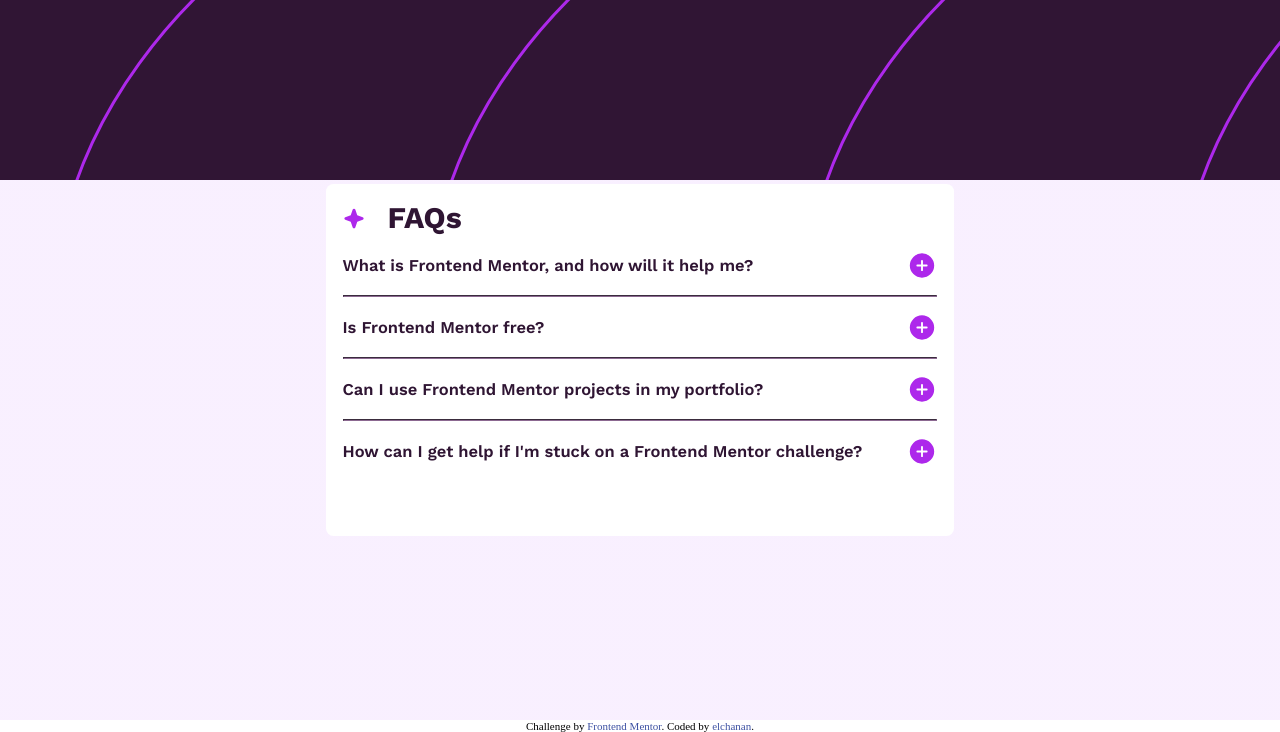
Repository: elchananChen/frontend-mentor-projects
Page: 2024/10/faQs/index.html
The author's editor kept a copy of each file at every save. The page is drawn from the files as they stood at one save, then again after the next save.
The browser window is 1280 px wide. The pictures show the whole page.

Above is the page before, as saved 2024-10-15 23:23:26.

### 2024/10/faQs/index.html
<!DOCTYPE html>
<html lang="en">
  <head>
    <meta charset="UTF-8" />
    <meta name="viewport" content="width=device-width, initial-scale=1.0" />

    <link
      rel="icon"
      type="image/png"
      sizes="32x32"
      href="./assets/images/favicon-32x32.png"
    />

    <title>Frontend Mentor | FAQ accordion</title>

    <style>
      .attribution {
        font-size: 11px;
        text-align: center;
      }
      .attribution a {
        color: hsl(228, 45%, 44%);
      }
    </style>
    <link rel="stylesheet" href="./style.css" />
  </head>
  <body>
    <article>
      <div class="card">
        <header>
          <div class="header flex">
            <div class="star-wrapper">
              <img
                class="star-icon"
                src="./assets/images/icon-star.svg"
                alt="icon-star"
              />
            </div>
            <h1>FAQs</h1>
          </div>
        </header>
        <main>
          <div class="q-wrapper">
            <div class="flex q-head">
              <h3>What is Frontend Mentor, and how will it help me?</h3>
              <div class="sign-big-wrapper">
                <div class="sign-wrapper">
                  <img
                    class="sign-img"
                    src="./assets/images/icon-plus.svg"
                    alt="plus-sign"
                  />
                </div>
              </div>
            </div>
            <p class="p hidden">
              Frontend Mentor offers realistic coding challenges to help
              developers improve their frontend coding skills with projects in
              HTML, CSS, and JavaScript. It's suitable for all levels and ideal
              for portfolio building.
            </p>
          </div>
          <hr />
          <div class="q-wrapper">
            <div class="flex q-head">
              <h3>Is Frontend Mentor free?</h3>
              <div class="sign-big-wrapper">
                <div class="sign-wrapper">
                  <img
                    class="sign-img"
                    src="./assets/images/icon-plus.svg"
                    alt="plus-sign"
                  />
                </div>
              </div>
            </div>
            <p class="p hidden">
              Yes, Frontend Mentor offers both free and premium coding
              challenges, with the free option providing access to a range of
              projects suitable for all skill levels.
            </p>
          </div>
          <hr />
          <div class="q-wrapper">
            <div class="flex q-head">
              <h3>Can I use Frontend Mentor projects in my portfolio?</h3>
              <div class="sign-big-wrapper">
                <div class="sign-wrapper">
                  <img
                    class="sign-img"
                    src="./assets/images/icon-plus.svg"
                    alt="plus-sign"
                  />
                </div>
              </div>
            </div>
            <p class="p hidden">
              Yes, you can use projects completed on Frontend Mentor in your
              portfolio. It's an excellent way to showcase your skills to
              potential employers!
            </p>
          </div>
          <hr />
          <div class="q-wrapper">
            <div class="flex q-head">
              <h3>
                How can I get help if I'm stuck on a Frontend Mentor challenge?
              </h3>
              <div class="sign-big-wrapper">
                <div class="sign-wrapper">
                  <img
                    class="sign-img"
                    src="./assets/images/icon-plus.svg"
                    alt="plus-sign"
                  />
                </div>
              </div>
            </div>
            <p class="hidden">
              The best place to get help is inside Frontend Mentor's Discord
              community. There's a help channel where you can ask questions and
              seek support from other community members.
            </p>
          </div>
        </main>
      </div>
    </article>
    <div class="attribution">
      Challenge by
      <a href="https://www.frontendmentor.io?ref=challenge" target="_blank"
        >Frontend Mentor</a
      >. Coded by <a href="#">elchanan</a>.
    </div>
    <script src="main.js"></script>
  </body>
</html>

### 2024/10/faQs/style.css
@import url("./css/reset.css");
@import url("./css/varieble.css");
@import url("./css/fonts.css");
@import url("./css/utilities.css");

h1 {
  font-family: "work-sans";
  font-weight: 700;
  font-size: 2rem;
}
h3 {
  font-family: "work-sans";
  font-weight: 600;
}
p {
  padding-block: 1rem;
  font-family: "work-sans";
  color: var(--color-Grayish-purple);
}
article {
  display: flex;
  justify-content: center;
  min-height: 100vh;
  width: 100%;
  padding: 1rem;
  padding-block: 12.25rem;
  background: linear-gradient(180deg, transparent 25%, hsl(275, 100%, 97%) 25%),
    url("./assets/images/background-pattern-mobile.svg");
}

.card {
  background-color: var(--color-White);
  padding: 1.1rem;
  border-radius: 0.5rem;
}
header {
  font-family: "";
  font-weight: bolder;
}
h1 {
  color: var(--color-Dark-purple);
}
h3 {
  font-size: 1.1rem;
  color: var(--color-Dark-purple);
}
.q-head {
  gap: 2rem;
  padding-block: 0.5rem;
  align-items: center;
  justify-content: space-between;
}
.header {
  align-items: center;
  gap: 1.5rem;
}
.star-wrapper {
  width: 1.5rem;
  height: 1.5rem;
}
.sign-wrapper {
  display: flex;
  align-items: center;
  justify-content: end;
  width: 3rem;
  height: 3rem;
  flex-basis: 2rem;
  flex-shrink: 0;
}
.sign-wrapper:hover {
  cursor: pointer;
}
.sign-img {
  flex-basis: 2rem;
  width: 2rem;
  height: 2rem;
  object-fit: cover;
}
hr {
  border-color: var(--color-Grayish-purple);
}

### 2024/10/faQs/main.js
const minusSignsEL = document.querySelectorAll(".minus-container");
const signBtnsEl = document.querySelectorAll(".sign-big-wrapper");

signBtnsEl.forEach((sign) => {
  sign.addEventListener("click", (ev) => {
    let current = "";
    const alt = ev.target.alt;
    const wrapperEL = ev.target.closest(".q-wrapper");
    const pEL = wrapperEL.querySelector("p");
    if (alt === "plus-sign") {
      current = "minus";
      ev.target.alt = "minus-sign";
      pEL.classList.remove("hidden");
    } else if (alt === "minus-sign") {
      current = "plus";
      ev.target.alt = "plus-sign";
      pEL.classList.add("hidden");
    } else console.error("Error: sign path missing");
    ev.target.src = `./assets/images/icon-${current}.svg`;
  });
});

### 2024/10/faQs/css/reset.css
* {
  box-sizing: border-box;
  margin: 0;
  padding: 0;
}
html {
  font-family: "overpass-Regular";
}
html,
body {
  min-height: 100vh;
  width: 100%;
  font-size: 15px;
}

img {
  font-family: "work-sans-italic";

  display: block;
  max-width: 100%;
}
h1,
h2,
h3,
h4,
h5,
h6 {
  font-size: 1rem;
  font-weight: normal;
}
button {
  border: 0px;
}

ul,
ol {
  padding-left: 0.5rem;
}
a {
  text-decoration: none;
  color: inherit;
}

### 2024/10/faQs/css/varieble.css
:root {
  --color-White: hsl(0, 0%, 100%);
  --color-Light-pink: hsl(275, 100%, 97%);
  --color-Grayish-purple: hsl(292, 16%, 49%);
  --color-Dark-purple: hsl(292, 42%, 14%);
}

### 2024/10/faQs/css/fonts.css
@font-face {
  font-family: "work-sans-italic";
  src: url("../assets/fonts/WorkSans-Italic-VariableFont_wght.ttf");
}
@font-face {
  font-family: "work-sans";
  src: url("../assets/fonts/WorkSans-VariableFont_wght.ttf");
}

### 2024/10/faQs/css/utilities.css
.flex {
  display: flex;
}
.hidden {
  display: none;
}

After the next save:
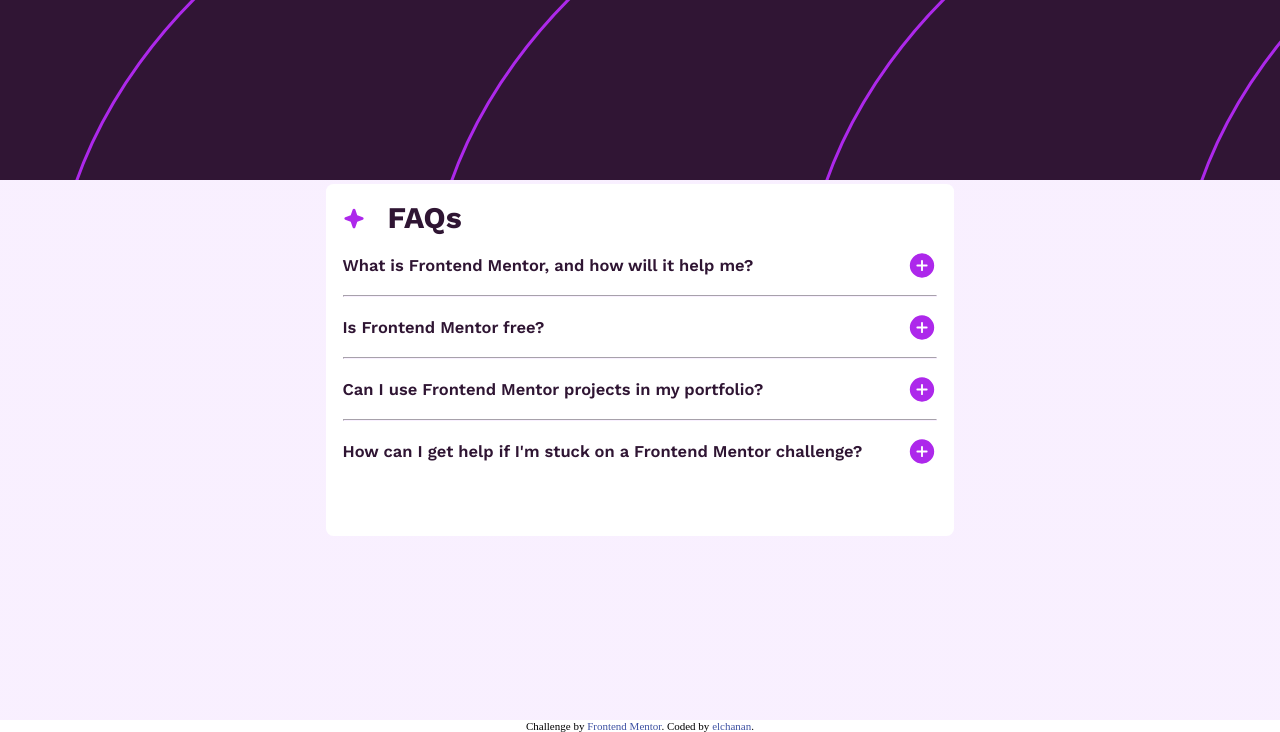
Saved 57 s later.
--- a/2024/10/faQs/style.css
+++ b/2024/10/faQs/style.css
@@ -77,5 +77,5 @@
   object-fit: cover;
 }
 hr {
-  border-color: var(--color-Grayish-purple);
+  border-color: var(--color-Light-pink);
 }
